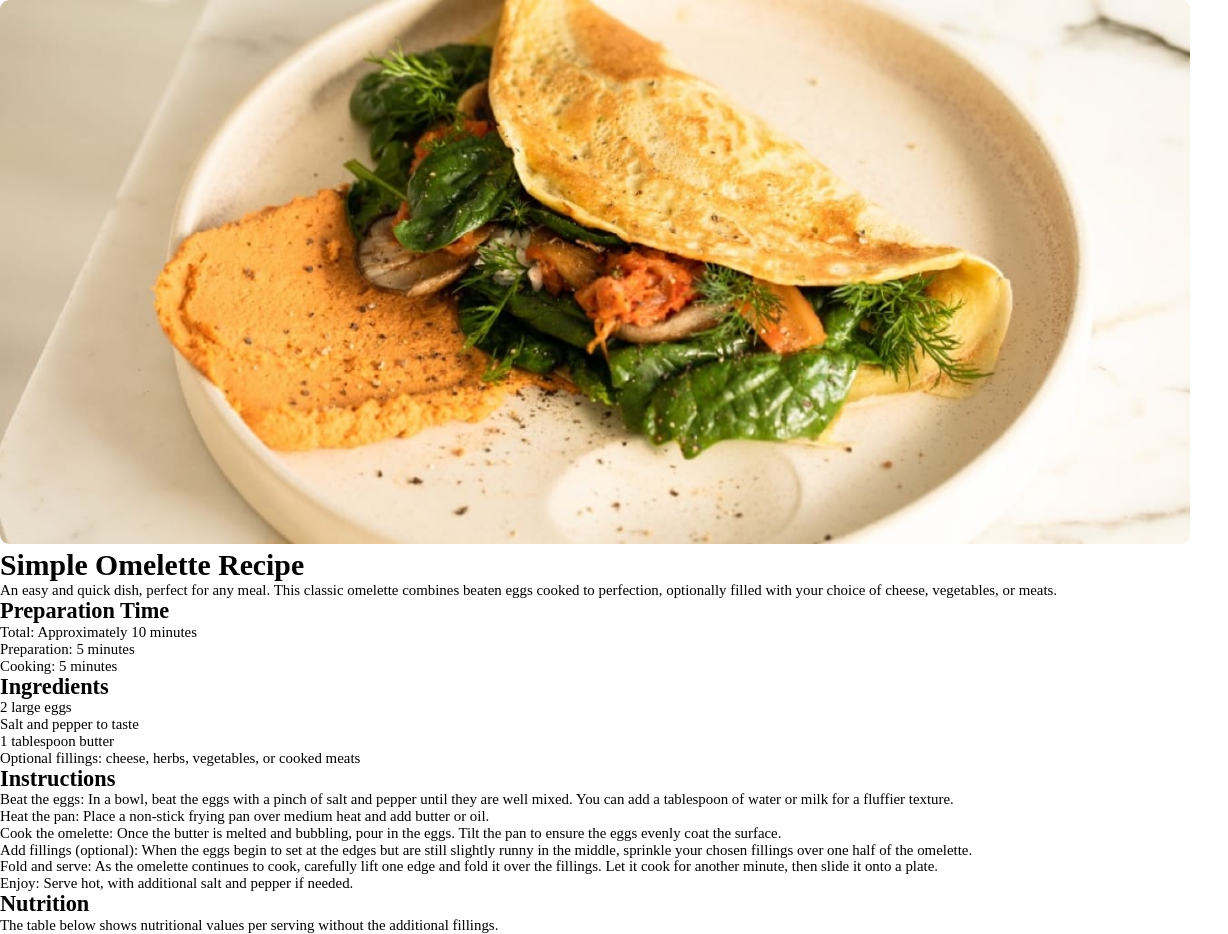
Repository: akbasliogulcan/omletterecipe
Page: index.html
An editor plug-in stored every save of this project. The page is shown before and after the next save, followed by the edit.
The browser window is 1280 px wide. The page is 1280 px wide, then 1320 px, so the pictures cover 1320 px, including what lies to the right of the window. The pictures show the whole page, at 93% of full size.

Above is the page before, as saved 2025-07-20 17:35:10.

### index.html
<!DOCTYPE html>
<html lang="en">

<head>
  <meta charset="UTF-8">
  <meta name="viewport" content="width=device-width, initial-scale=1.0">
  <title>simple omelette recipe</title>
  <link rel="stylesheet" href="style.css">
</head>

<body>

  <div class="simple">
    <div class="add">
      <div class="omelette"> <img src="./assets/images/image-omelette.jpeg" alt="omlette-icon">
        <h1> Simple Omelette Recipe</h1>
        <p>An easy and quick dish, perfect for any meal. This classic omelette combines beaten eggs cooked
          to perfection, optionally filled with your choice of cheese, vegetables, or meats.
        </p>
      </div>

      <div class="preparation">
        <h2>Preparation Time</h2>
        <ul>
          <li> <span>Total: </span>Approximately 10 minutes
          </li>
          <li> <span>Preparation: </span>5 minutes</li>
          <li> <span>Cooking: </span>5 minutes</li>

        </ul>
      </div>

      <div class="ingredients">
        <h2>Ingredients</h2>
        <ul>
          <li>2 large eggs</li>
          <li>Salt and pepper to taste</li>
          <li>1 tablespoon butter</li>
          <li>Optional fillings: cheese, herbs, vegetables, or cooked meats</li>
        </ul>
      </div>
      <div class="seperation"></div>

      <div class="instructions">
        <h2>Instructions</h2>
        <ol>
          <li><span>Beat the eggs: </span>In a bowl, beat the eggs with a pinch of salt and pepper until they are well
            mixed.
            You can add a tablespoon of water or milk for a fluffier texture.</li>
          <li><span>Heat the pan: </span>Place a non-stick frying pan over medium heat and add butter or oil.
          </li>
          <li>
            <span>Cook the omelette: </span>Once the butter is melted and bubbling, pour in the eggs. Tilt the pan to
            ensure
            the eggs evenly coat the surface.
          </li>
          <li>
            <span></span>Add fillings (optional): </span>When the eggs begin to set at the edges but are still slightly
            runny in the
            middle, sprinkle your chosen fillings over one half of the omelette.
          </li>
          <li>
            <span> Fold and serve:</span>
            As the omelette continues to cook, carefully lift one edge and fold it over the
            fillings. Let it cook for another minute, then slide it onto a plate.
          </li>
          <li><span> Enjoy:</span> Serve hot, with additional salt and pepper if needed.
          </li>
        </ol>
      </div>
      <div class="seperation"></div>

      <div class="nutrition">
        <div>
          <h2>Nutrition</h2>
          <p> The table below shows nutritional values per serving without the additional fillings.
          </p>
        </div>
      </div>
    </div>
  </div>



</body>

</html>

### style.css
* {
  margin: 0;
  padding: 0;
  box-sizing: border-box;
}

.omelette img {
  max-width: 100%;
  height: auto;
  border-radius: 10px;
}

.simple {
  background-color: hsl(30, 54%, 90%);
}

.add {
  background-color: white;
  display: block;
}

After the next save:
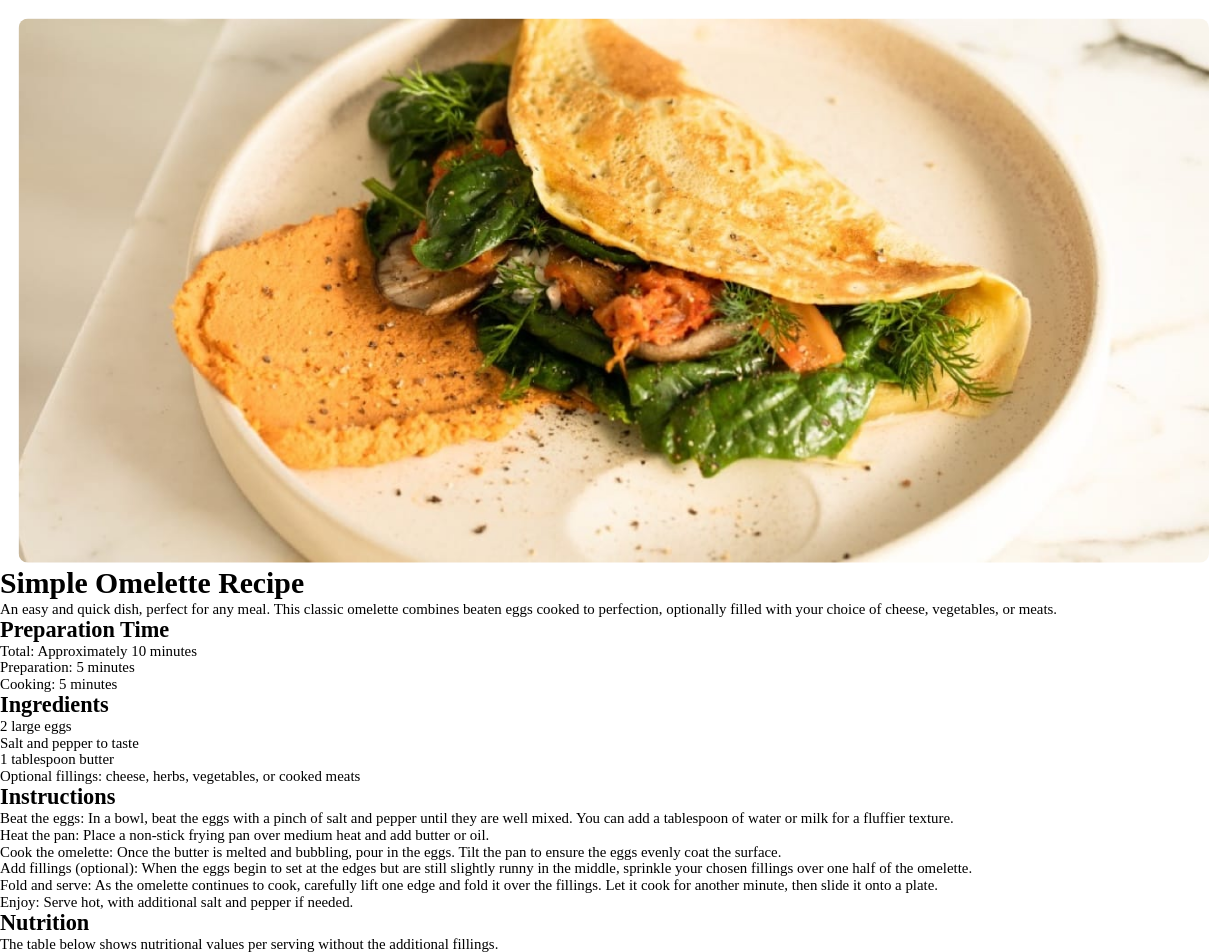
Saved 19 s later.
--- a/style.css
+++ b/style.css
@@ -8,6 +8,7 @@
   max-width: 100%;
   height: auto;
   border-radius: 10px;
+  margin: 20px 20px 0 20px;
 }
 
 .simple {
